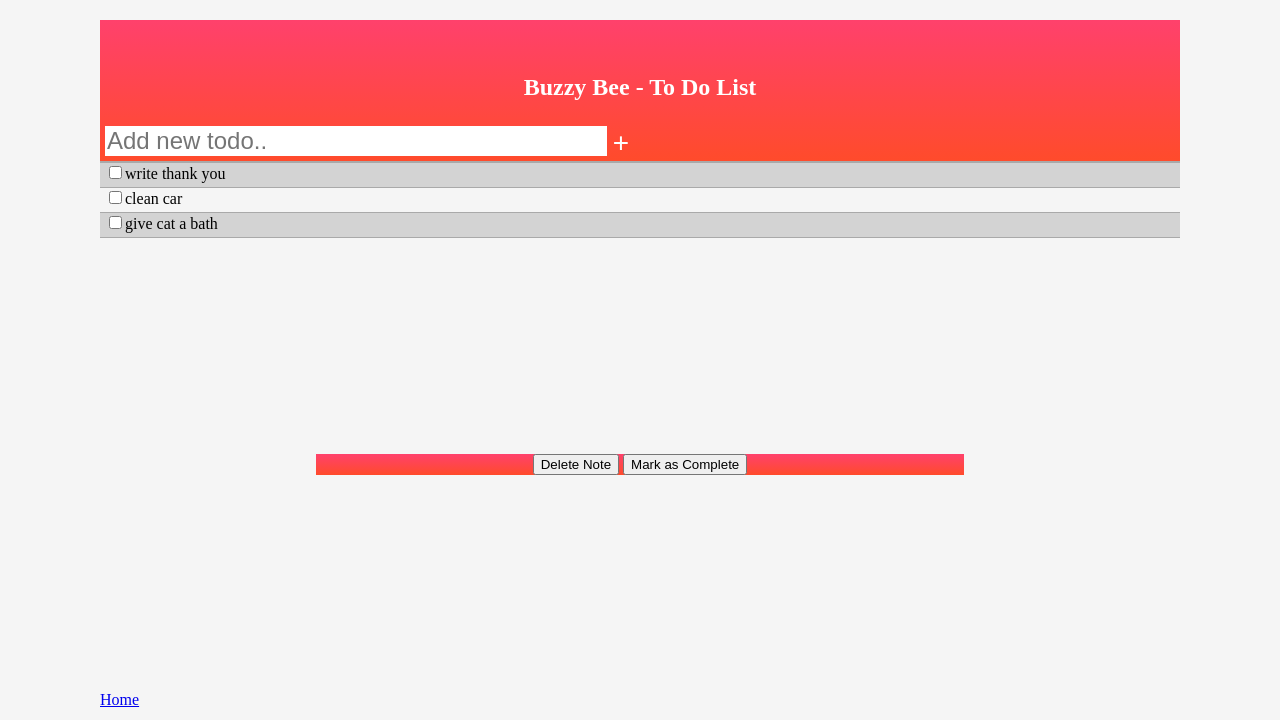
Repository: seleniadelgado/backend-spring2020-angie
Page: projects/todo/public_html/index.html
An editor plug-in stored every save of this project. The page is shown before and after the next save, followed by the edit.
The browser window is 1280 px wide. The pictures show the whole page.
The page's requests for data from a server got no answer.

Above is the page before, as saved 2020-05-12 22:01:10.

### projects/todo/public_html/index.html
<!DOCTYPE html>

<html lang="en">
    <head>
        <meta charset="utf-8">
        <title>Buzzy Bee - To Do List</title>
        <meta name="description" content="The HTML5 Herald">
        <meta name="author" content="SitePoint">
        <link rel="stylesheet" href="styles.css">
        <script
            src="https://code.jquery.com/jquery-3.5.0.min.js"
            integrity="sha256-xNzN2a4ltkB44Mc/Jz3pT4iU1cmeR0FkXs4pru/JxaQ="
            crossorigin="anonymous">
        </script>
</head>
<body>
    <div class="sectionTitle">
        <div class="appTitle">
            <h2>Buzzy Bee - To Do List</h2>
        </div>
        <div id="addNote">
            <input type="text" id="newNote" placeholder="Add new todo..">
            <button class="addBtn">+</button>
        </div>
    </div>

    <ul id="myList">
        <li><label><input type="checkbox"><span>write thank you</span></label></li>
        <li><label><input type="checkbox"><span>clean car</span></label></li>
        <li><label><input type="checkbox"><span>give cat a bath</span></label></li>
    </ul>
    <div class="buttonsArea">
        <button type="button">Delete Note</button>
        <button type="button">Mark as Complete</button>
    </div>






















    <a href="http://localhost:3000/">Home</a>



    <script>
        $(document).ready(() => {
            let objectToSend = {
                note: "Do somethings",
                author: "Nick"
            }

            $.post("http://localhost:3000/newNote", objectToSend, (dataToGet) => {
                console.log(dataToGet);
            });
            $.post("http://localhost:3000/readNotes", {}, (dataToGet) => {
                let allNotesArray = dataToGet.notes;

                console.log(allNotesArray);
            })
        })

        //import the data from default user
        // make JSON into JS with parse.
        //with the list we want to populate our ul.
        //use jquery to access the dom, grab the string
        //loop over notes
        //add the note as an li to the ul
        //  Create li with jquery.
        //  target the ul with jquery and append the li.
        //note: $('<li></li>'')
        //      $('ul') -> a jquery list which holds the ul.
        //      get 1st element from the array

    </script>
</body>
</html>

### projects/todo/public_html/styles.css
:root {
    --main-color: linear-gradient(#FF416C, #FF4B2B);
    --background-color: whitesmoke;
}

html {
    background: var(--background-color);
    height: 100%;
}
* {
    box-sizing: border-box;
}
body {
    margin: 0px 100px 75px 100px;
}

.sectionTitle {
    background: var(--main-color);
    text-align: center;
    border-bottom: 2px solid darkgray;
    margin-top: 0%;
}

.appTitle h2 {
    color: white;
    padding-top: 5%;
}
#addNote {
    display: flex;
    align-items: flex-start;
    padding: 5px;
    height: 30px;
    width: 50%;
    margin-bottom: 10px;
    font-family: 'Gill Sans', 'Gill Sans MT', Calibri, 'Trebuchet MS', sans-serif;
}
.addBtn {
    margin-left: 0%;
    margin-bottom: 2%;
    font-size: 28px;
    color: white;
    border: none;
    background: none;
}
#newNote {
    border: none;
    width: 100%;
    height: 150%;
    font-size: 24px;
}

#myList li:nth-child(odd) {
    background: lightgray;
  }
#myList {
    list-style: none;
    padding: 0px;
    margin-top: 0px;
}

#myList li {
    cursor: pointer;
    height: 25px;
    border-bottom: 1px solid darkgray;
    background-color: whitesmoke;
    padding-left: 5px;
}
.buttonsArea {
    background: var(--main-color);
    text-align: center;
    margin: 20%;
}

After the next save:
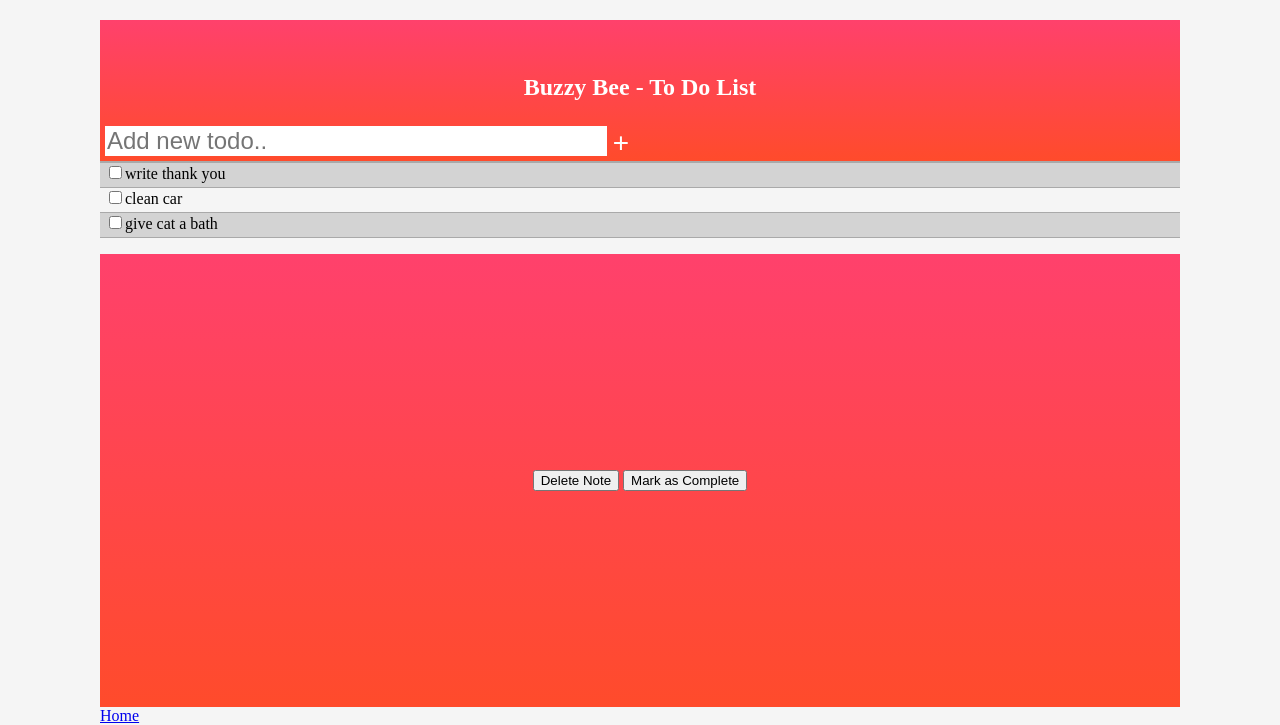
Saved 7 s later.
--- a/projects/todo/public_html/styles.css
+++ b/projects/todo/public_html/styles.css
@@ -68,5 +68,5 @@ body {
 .buttonsArea {
     background: var(--main-color);
     text-align: center;
-    margin: 20%;
+    padding: 20%;
 }
